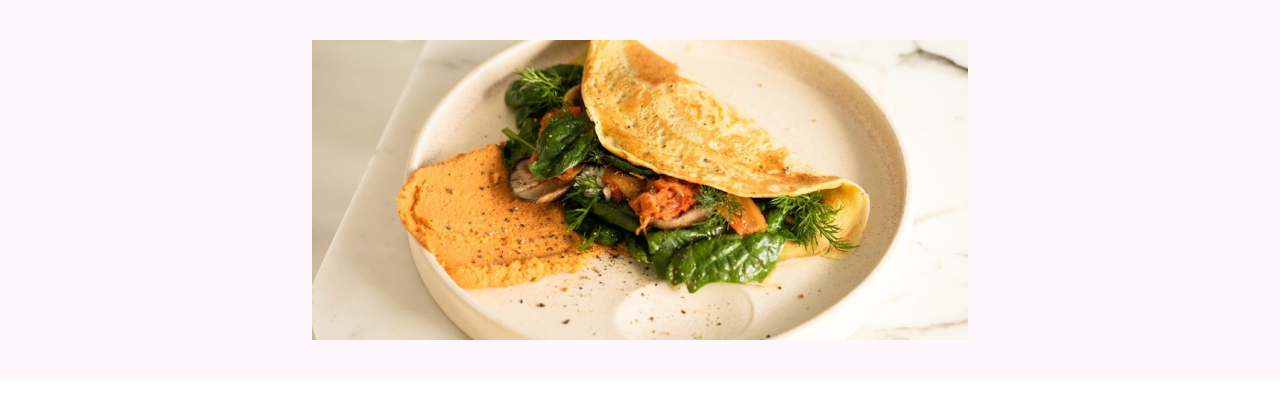
Repository: brandontaylor1/recipe-page
Page: index.html
The author's editor kept a copy of each file at every save. The page is drawn from the files as they stood at one save, then again after the next save.
The browser window is 1280 px wide. The pictures show the whole page.

Above is the page before, as saved 2024-12-28 21:38:30.

After the next save:
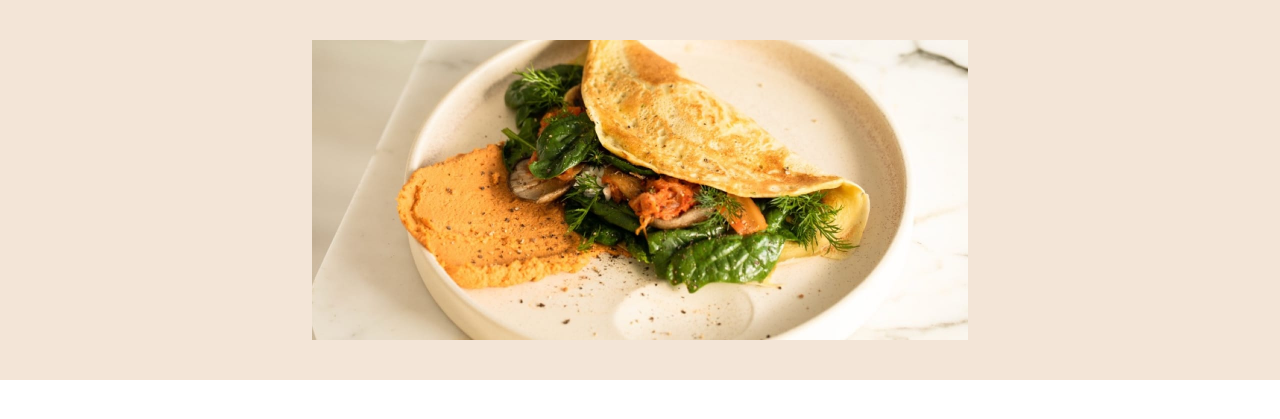
Saved 48 s later.
--- a/styles.css
+++ b/styles.css
@@ -134,7 +134,7 @@ select {
     padding: 0 2rem;
     margin: 0 auto;
     max-width: 80rem;
-    background-color: var(--color-rose-50);
+    background-color: var(--color-stone-100);
 
 }
 
